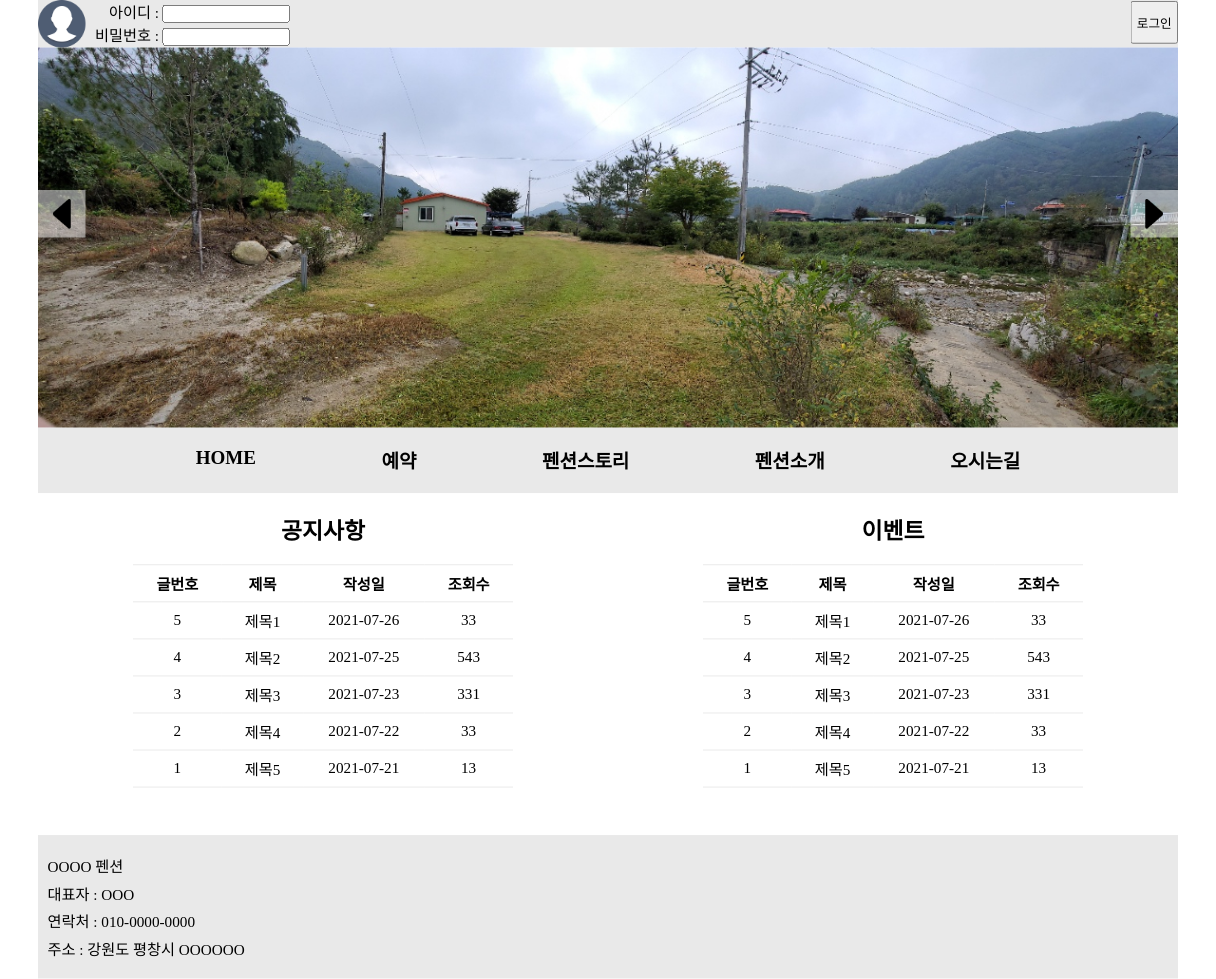
Repository: cdnwell/Jsp
Page: http://localhost/total/
These files come from the project's save history. The page is drawn as it stood at one moment and after the next save; the edit follows.
The browser window is 1280 px wide. The pictures show the whole page, at 95% of full size.
The page is served by Tomcat 9.

Above is the page before, as saved 2022-06-30 06:19:15.

### total/src/main/webapp/index.jsp
<%@ page language="java" contentType="text/html; charset=UTF-8"
    pageEncoding="UTF-8"%>
<!DOCTYPE html>
<html>
<head>
    <meta charset='utf-8'>
    <meta http-equiv='X-UA-Compatible' content='IE=edge'>
    <title>펜션</title>
    <meta name='viewport' content='width=device-width, initial-scale=1'>

</head>
<body>
<div class="flex_container">
<jsp:include page="template/pheader.jsp"></jsp:include>
<section>
    <article>
        <h2>공지사항</h2>
        <table>
            <tr>
                <th>글번호</th>
                <th>제목</th>
                <th>작성일</th>
                <th>조회수</th>
            </tr>
            <tr>
                <td>5</td>
                <td>제목1</td>
                <td>2021-07-26</td>
                <td>33</td>
            </tr>
            <tr>
                <td>4</td>
                <td>제목2</td>
                <td>2021-07-25</td>
                <td>543</td>
            </tr>
            <tr>
                <td>3</td>
                <td>제목3</td>
                <td>2021-07-23</td>
                <td>331</td>
            </tr>
            <tr>
                <td>2</td>
                <td>제목4</td>
                <td>2021-07-22</td>
                <td>33</td>
            </tr>
            <tr>
                <td>1</td>
                <td>제목5</td>
                <td>2021-07-21</td>
                <td>13</td>
            </tr>
        </table>
    </article>
    <article>
        <h2>이벤트</h2>
        <table>
            <tr>
                <th>글번호</th>
                <th>제목</th>
                <th>작성일</th>
                <th>조회수</th>
            </tr>
            <tr>
                <td>5</td>
                <td>제목1</td>
                <td>2021-07-26</td>
                <td>33</td>
            </tr>
            <tr>
                <td>4</td>
                <td>제목2</td>
                <td>2021-07-25</td>
                <td>543</td>
            </tr>
            <tr>
                <td>3</td>
                <td>제목3</td>
                <td>2021-07-23</td>
                <td>331</td>
            </tr>
            <tr>
                <td>2</td>
                <td>제목4</td>
                <td>2021-07-22</td>
                <td>33</td>
            </tr>
            <tr>
                <td>1</td>
                <td>제목5</td>
                <td>2021-07-21</td>
                <td>13</td>
            </tr>
        </table>
    </article>
</section>
<jsp:include page="template/pfooter.jsp"></jsp:include>
</div>
</body>
</html>

### total/src/main/webapp/template/pheader.jsp
<%@ page language="java" contentType="text/html; charset=UTF-8"
    pageEncoding="UTF-8"%>
<style>
        *{
            margin: 0;
            padding: 0;
        }
        .flex_container{
            display: flex;
            flex-direction: column;
            width: 1200px;
            margin: 0 auto;
            font-size: 0px;
        }
        #member_bar{
            height: 50px;
            background-color: #e9e9e9;
            text-align: right;

        }
        #member_bar img{
            width: 50px;
            float: left;
        }
        .profile > p{
            width: 200px;
            float: left;
            font-size: 16px;
            text-align: left;
            padding-left: 5px;
            margin-top: 2px;
        }
        .profile{
            width: 300px;
            display: inline-block;
        }
        .login_form{
        	display: inline-block;
        	width:600px;
        	padding : 10px 0px;
        }
        .login_form > form > *{
        	height:30px;
        	box-sizing:border-box;
        }
        nav{
            padding:20px 100px;
            background-color: #e9e9e9;
        }
        nav ul{
            list-style-type: none;
            display: flex;
            flex-direction: row;
            justify-content: space-around;
        }

        nav a:link,nav a:visited{
            font-size: 20px;
            font-weight: bold;
            text-decoration: none;
            color:black;
        }
        .ad_img {
            position: relative;
        }
        .ad_img button{
            background: none;
            border: none;
            position: absolute;
            background-color: rgba(255, 255, 255, 0.5);
            width: 50px;
            height: 50px;
        }
        .ad_img button img{
            width: 50px;
        }
        .left_arrow{
            top : calc(50% - 50px);
        }
        .right_arrow{
            top : calc(50% - 50px);
            right: 0px;
            transform: rotate(180deg);
        }
        section{
            margin-top: 20px;
            display: flex;
            flex-direction: row;
            justify-content: space-around;
        }
        section h2{
            font-size : 24px;
            margin-bottom: 20px;
            text-align: center;
        }
        section table{
            width: 100%;
            border-collapse: collapse;
            font-size: 16px;
            text-align: center;
        }
        section table td,section table th{
            padding:7px 20px;
            border-top: 1px solid #e9e9e9;
            border-bottom: 1px solid #e9e9e9;
        }

        article{
            width: 400px;
        }
        footer{
            margin-top: 50px;
            padding:15px 10px;
            font-size: 16px;
            background-color: #e9e9e9;
        }
        footer ul{
            list-style-type: none;
        }
        footer ul li{
            margin: 5px 0px;
        }

        #login_box{
        	font-size : 16px;
        	float:left;
        	margin-left : 10px
        }
        #member_bar input{
        	width:130px;
        }
        #member_bar button{
        	width:50px;
        	height:45px;
        	margin-top:1px;
        }
    </style>


        <header>
   <div id="member_bar">

      <div>
         <img src="resource/images/profile.png" alt="">
         <div id="login_box">
         아이디 : <input type="text"> <br>
         비밀번호 : <input type="password"> <br>
         </div>
         <button>로그인</button>
      </div>
      <!--
      <div class="profile">
         <img src="resource/images/profile.png" alt="">
         <p>OOO로그인 하셨습니다.</p>
         <p>로그아웃 | 정보수정</p>
      </div>
      -->
            			<!-- 나중에 회원가입을 누르면 자바스크립트로 회원가입 페이지로 이동시키기 -->
      <!--
      <div class="login_form">
      		<form action="login_process.jsp" method="post">
      			<input type="text" name="id" placeholder="아이디를 입력하세요">
      			<input type="password" name="pass" placehodler="암호를 입력하세요">
      			<button>로그인</button><button id="btn_register" type="button">회원가입</button>
      		</form>
      </div>
       -->
   </div>
   <div class="ad_img">
      <button class="left_arrow">
         <img src="resource/images/left_arrow.png" alt="">
      </button>
      <button class="right_arrow">
         <img src="resource/images/left_arrow.png" alt="">
      </button>
      <img src="resource/images/main_4.jpg" alt="">
   </div>
</header>
<nav>
   <ul>
      <li><a href="main.jsp">HOME</a></li>
      <li><a href="sub_page2.jsp">예약</a></li>
      <li><a href="#">펜션스토리</a></li>
      <li><a href="#">펜션소개</a></li>
      <li><a href="sub_page1.jsp">오시는길</a></li>
   </ul>
</nav>

### total/src/main/webapp/template/pfooter.jsp
<%@ page language="java" contentType="text/html; charset=UTF-8"
    pageEncoding="UTF-8"%>
<footer>
      <ul>
         <li>OOOO 펜션</li>
         <li>대표자 : OOO</li>
         <li>연락처 : 010-0000-0000</li>
         <li>주소 : 강원도 평창시 OOOOOO</li>
      </ul>
   </footer>

After the next save:
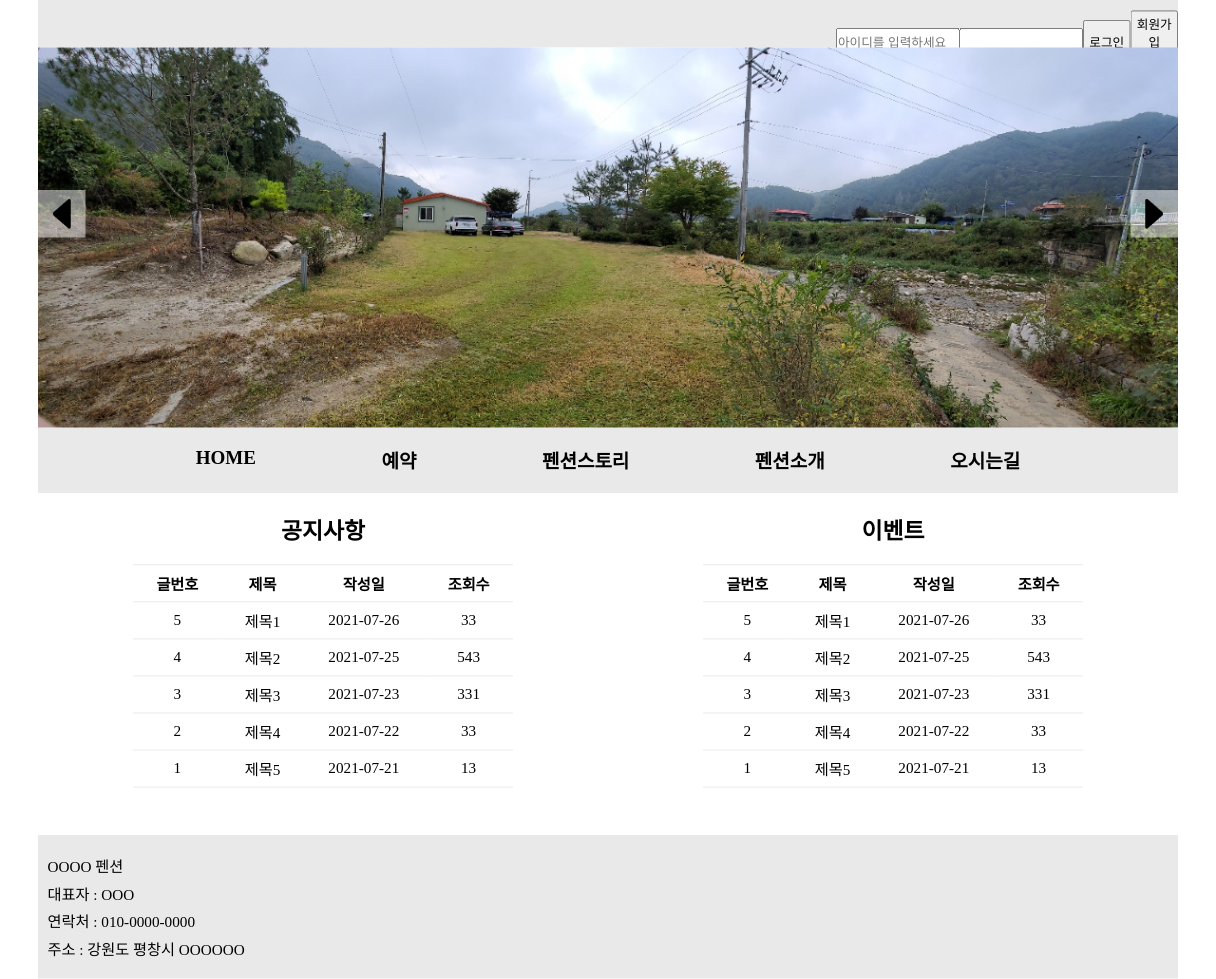
Saved 20 s later.
--- a/total/src/main/webapp/template/pheader.jsp
+++ b/total/src/main/webapp/template/pheader.jsp
@@ -139,7 +139,7 @@
 
         <header>
    <div id="member_bar">
-
+   <!--
       <div>
          <img src="resource/images/profile.png" alt="">
          <div id="login_box">
@@ -148,6 +148,7 @@
          </div>
          <button>로그인</button>
       </div>
+      -->
       <!--
       <div class="profile">
          <img src="resource/images/profile.png" alt="">
@@ -156,7 +157,7 @@
       </div>
       -->
             			<!-- 나중에 회원가입을 누르면 자바스크립트로 회원가입 페이지로 이동시키기 -->
-      <!--
+
       <div class="login_form">
       		<form action="login_process.jsp" method="post">
       			<input type="text" name="id" placeholder="아이디를 입력하세요">
@@ -164,7 +165,7 @@
       			<button>로그인</button><button id="btn_register" type="button">회원가입</button>
       		</form>
       </div>
-       -->
+
    </div>
    <div class="ad_img">
       <button class="left_arrow">
